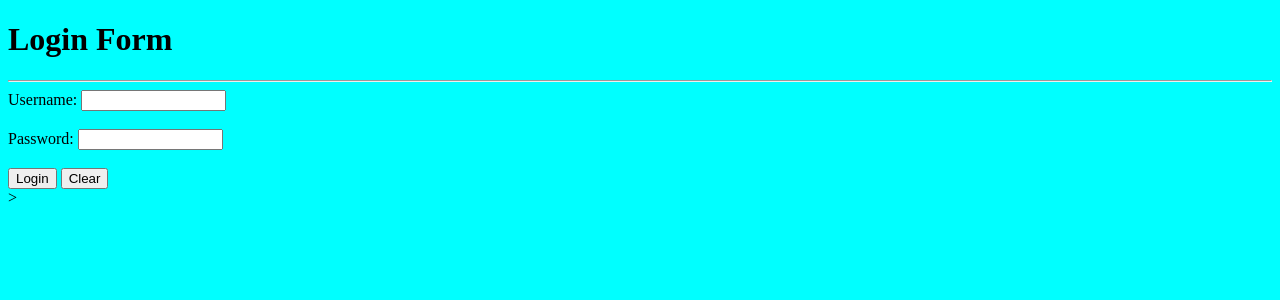
Repository: BinduRavulakolu/Day10
Page: LoginApp/WebContent/login.html
The author's editor kept a copy of each file at every save. The page is drawn from the files as they stood at one save, then again after the next save.
The browser window is 1280 px wide. The pictures show the whole page.

Above is the page before, as saved 2018-09-05 10:09:29.

After the next save:
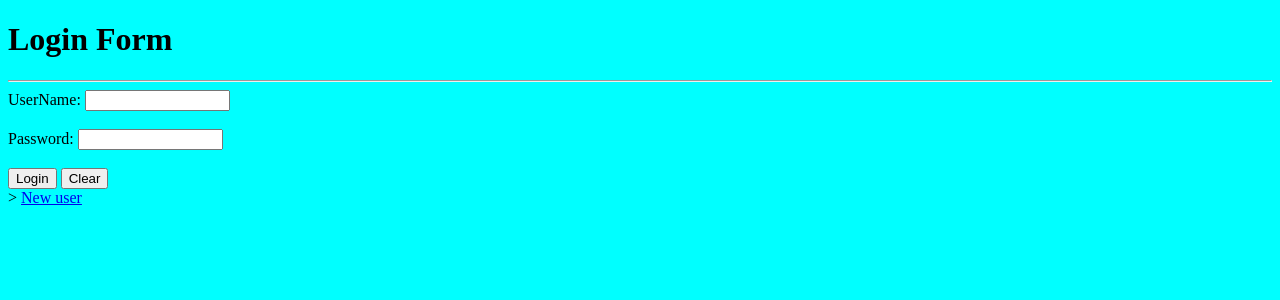
Saved 5 min 44 s later.
--- a/LoginApp/WebContent/login.html
+++ b/LoginApp/WebContent/login.html
@@ -8,7 +8,7 @@
 <h1>Login Form</h1>
 <hr>
 <form action="login" method="post">
-<label>Username: </label>
+<label>UserName: </label>
 <input type="text" name="username" size="15"/>
 <br><br>
 <label>Password: </label>
@@ -17,6 +17,6 @@
 <input type="submit" value="Login"/>
 <input type="reset" value="Clear">
 </form>>
-
+<a href="regstration.html">New user</a>
 </body>
 </html>
